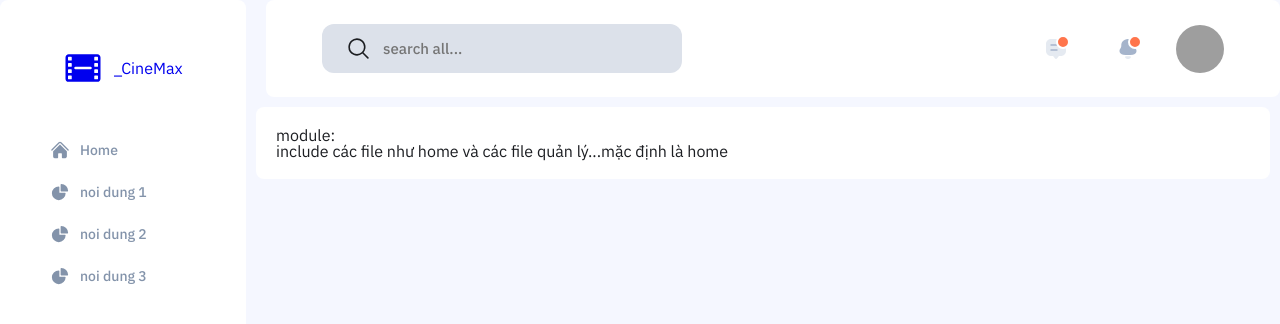
Repository: tdthinhtran961/DoAnCineMax
Page: http://localhost/admin/index.php?act=movies
An editor plug-in stored every save of this project. The page is shown before and after a run of saves, followed by the edit.
The browser window is 1280 px wide. The pictures show the whole page.
Pictures or frames that could not be fetched are drawn as grey boxes. The page is run by PHP 8.4 with error messages shown; the project is at /var/www/html/.

Above is the page before, as saved 2023-05-26 00:04:58.

After the next 3 saves:
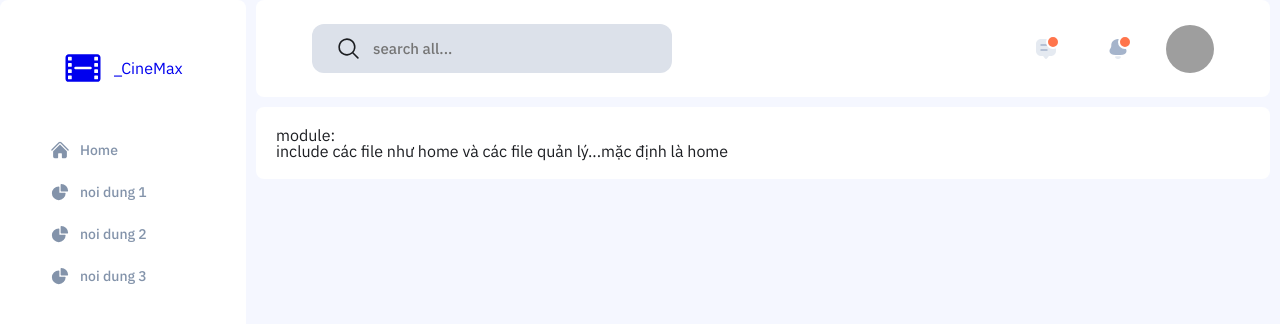
The 3 saves are shown as one change because they came seconds apart.
The last was saved 23 s later.
--- a/admin/index.css
+++ b/admin/index.css
@@ -108,7 +108,7 @@ body {
   display:flex;
   justify-content: space-between;
   align-items: center;
-  margin: 0 0 10px 10px;
+  margin: 0 10px 10px 0;
   border-radius: 8px;
 }
 .search {
